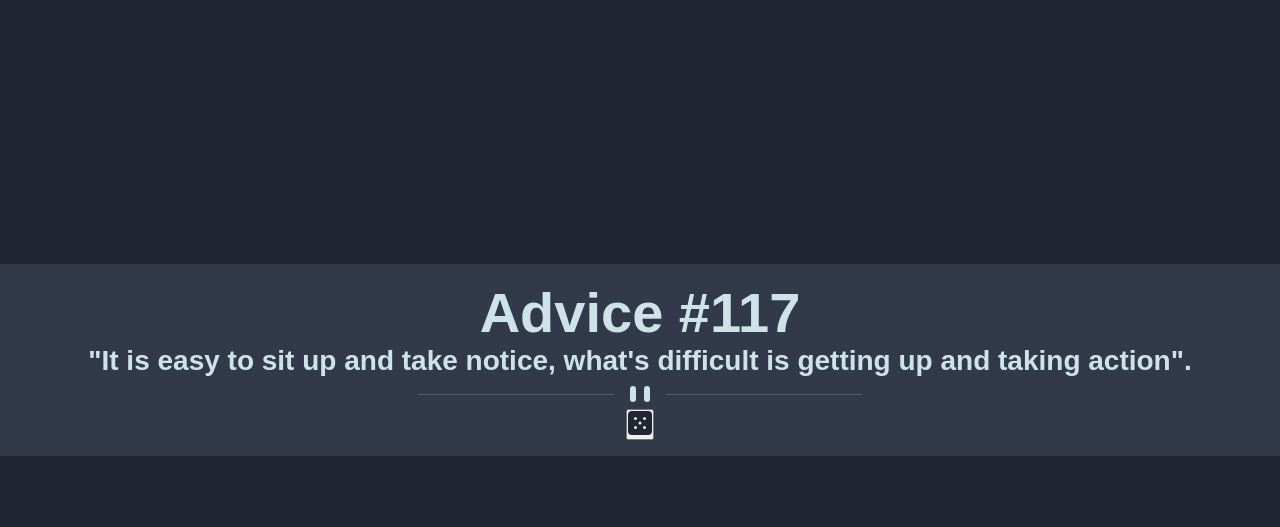
Repository: Daki-builds/advice-generator-app
Page: index.html
An editor plug-in stored every save of this project. The page is shown before and after the next save, followed by the edit.
The browser window is 1280 px wide. The pictures show the whole page.

Above is the page before, as saved 2026-10-08 18:18:51.

After the next save:
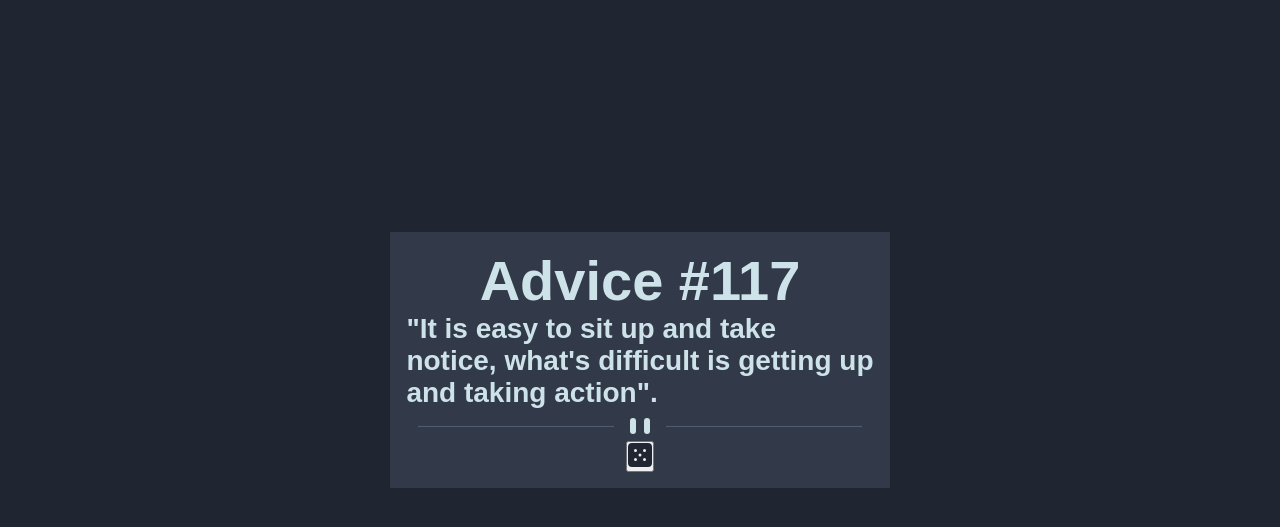
Saved 43 s later.
--- a/style.css
+++ b/style.css
@@ -34,5 +34,5 @@ body {
   flex-direction: column;
   align-items: center;
   padding: 16px;
-  width: 100%;
+  width: 39%;
 }
